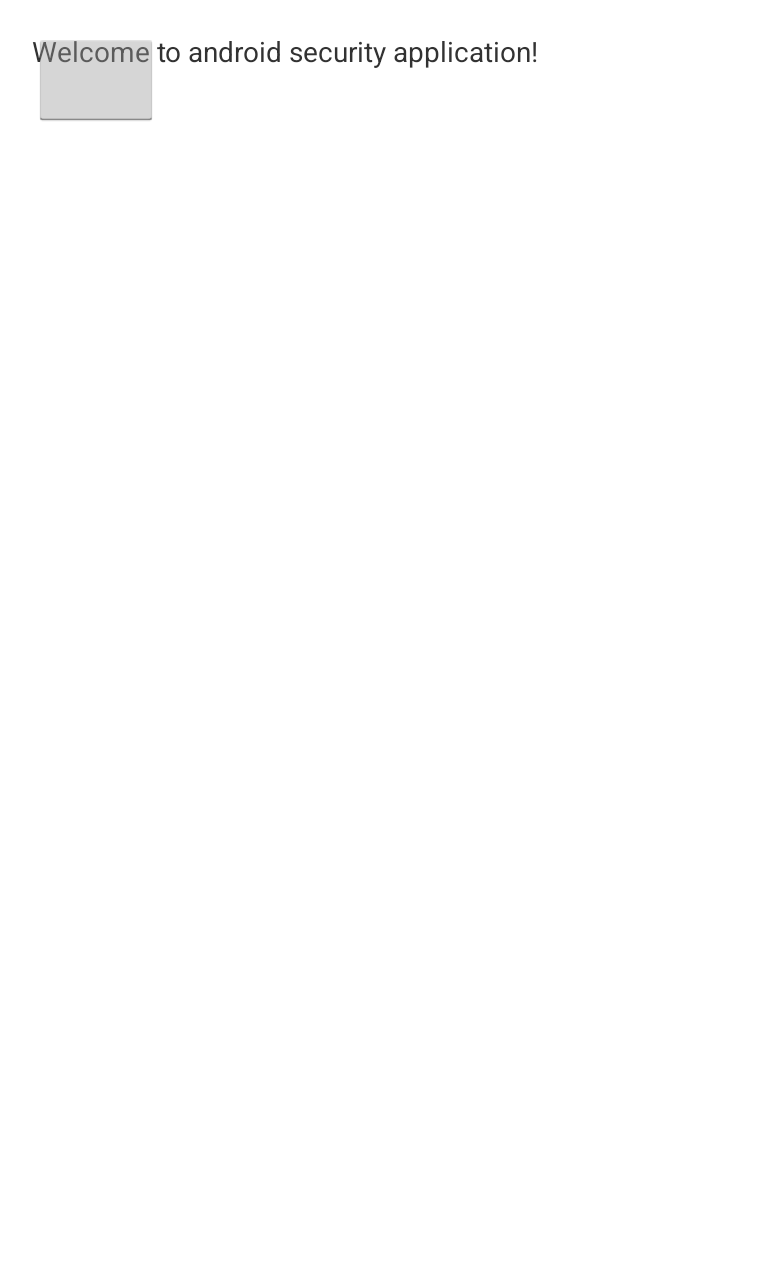
Repository: yuan8152598/android_security
Layout: android_client/AndroidSecurity/res/layout/activity_security.xml
An editor plug-in stored every save of this project. The layout is shown before and after the next save, followed by the edit.
It is drawn on a 768 x 1280 px phone screen (xhdpi) without system bars, with theme AppTheme; the app's code is not run.

Above is the layout before, as saved 2014-03-14 08:38:42.

### android_client/AndroidSecurity/res/layout/activity_security.xml
<RelativeLayout xmlns:android="http://schemas.android.com/apk/res/android"
    xmlns:tools="http://schemas.android.com/tools"
    android:layout_width="match_parent"
    android:layout_height="match_parent"
    android:paddingBottom="@dimen/activity_vertical_margin"
    android:paddingLeft="@dimen/activity_horizontal_margin"
    android:paddingRight="@dimen/activity_horizontal_margin"
    android:paddingTop="@dimen/activity_vertical_margin"
    tools:context=".SecurityActivity" >

    <TextView
        android:layout_width="wrap_content"
        android:layout_height="wrap_content"
        android:text="@string/Welcome" />

    <Button
        android:layout_width="wrap_content"
        android:layout_height="wrap_content" />

</RelativeLayout>

### android_client/AndroidSecurity/res/values/strings.xml
<?xml version="1.0" encoding="utf-8"?>
<resources>

    <string name="app_name">AndroidSecurity</string>
    <string name="action_settings">Settings</string>
    <string name="Welcome">Welcome to android security application!</string>

</resources>

Loaded but not shown: android_client/AndroidSecurity/res/values/styles.xml (common file); android_client/AndroidSecurity/res/values-v11/styles.xml (common file); android_client/AndroidSecurity/res/values-v14/styles.xml (common file); android_client/AndroidSecurity/res/values/dimens.xml (common file)

After the next save:
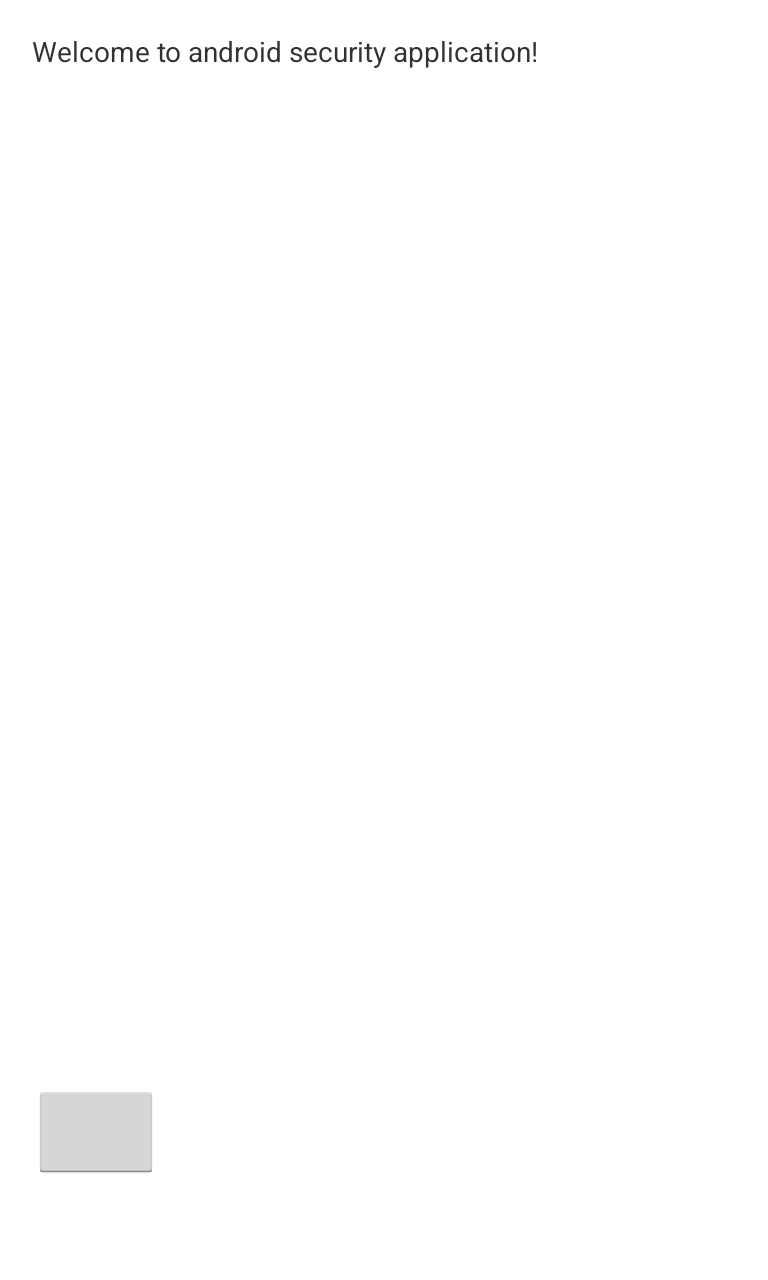
Saved 13 s later.
--- a/android_client/AndroidSecurity/res/layout/activity_security.xml
+++ b/android_client/AndroidSecurity/res/layout/activity_security.xml
@@ -9,12 +9,16 @@
     tools:context=".SecurityActivity" >
 
     <TextView
+        android:id="@+id/textView1"
         android:layout_width="wrap_content"
         android:layout_height="wrap_content"
         android:text="@string/Welcome" />
 
     <Button
         android:layout_width="wrap_content"
-        android:layout_height="wrap_content" />
+        android:layout_height="wrap_content"
+        android:layout_alignLeft="@+id/textView1"
+        android:layout_alignParentBottom="true"
+        android:layout_marginBottom="34dp" />
 
 </RelativeLayout>

After the 2 saves that followed:
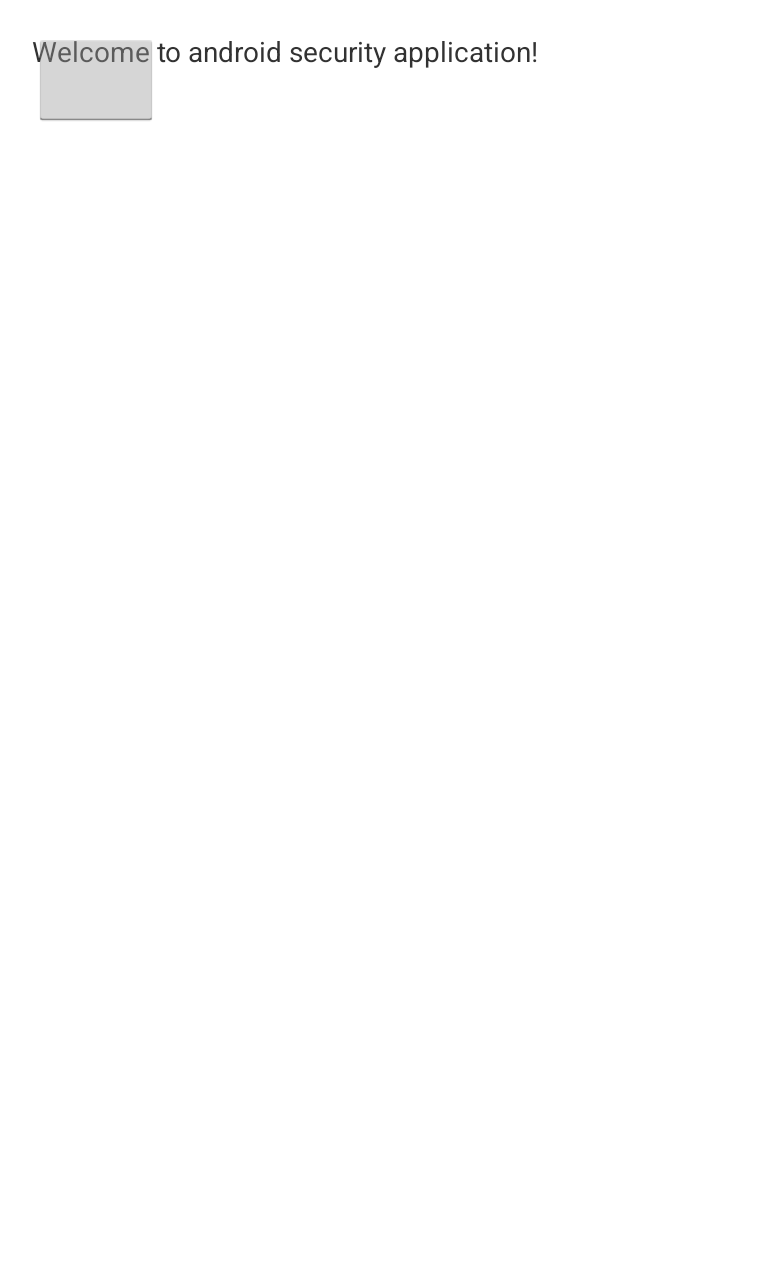
The 2 saves are shown as one change because they came seconds apart.
The last was saved 8 s later.
--- a/android_client/AndroidSecurity/res/layout/activity_security.xml
+++ b/android_client/AndroidSecurity/res/layout/activity_security.xml
@@ -17,8 +17,6 @@
     <Button
         android:layout_width="wrap_content"
         android:layout_height="wrap_content"
-        android:layout_alignLeft="@+id/textView1"
-        android:layout_alignParentBottom="true"
         android:layout_marginBottom="34dp" />
 
 </RelativeLayout>
